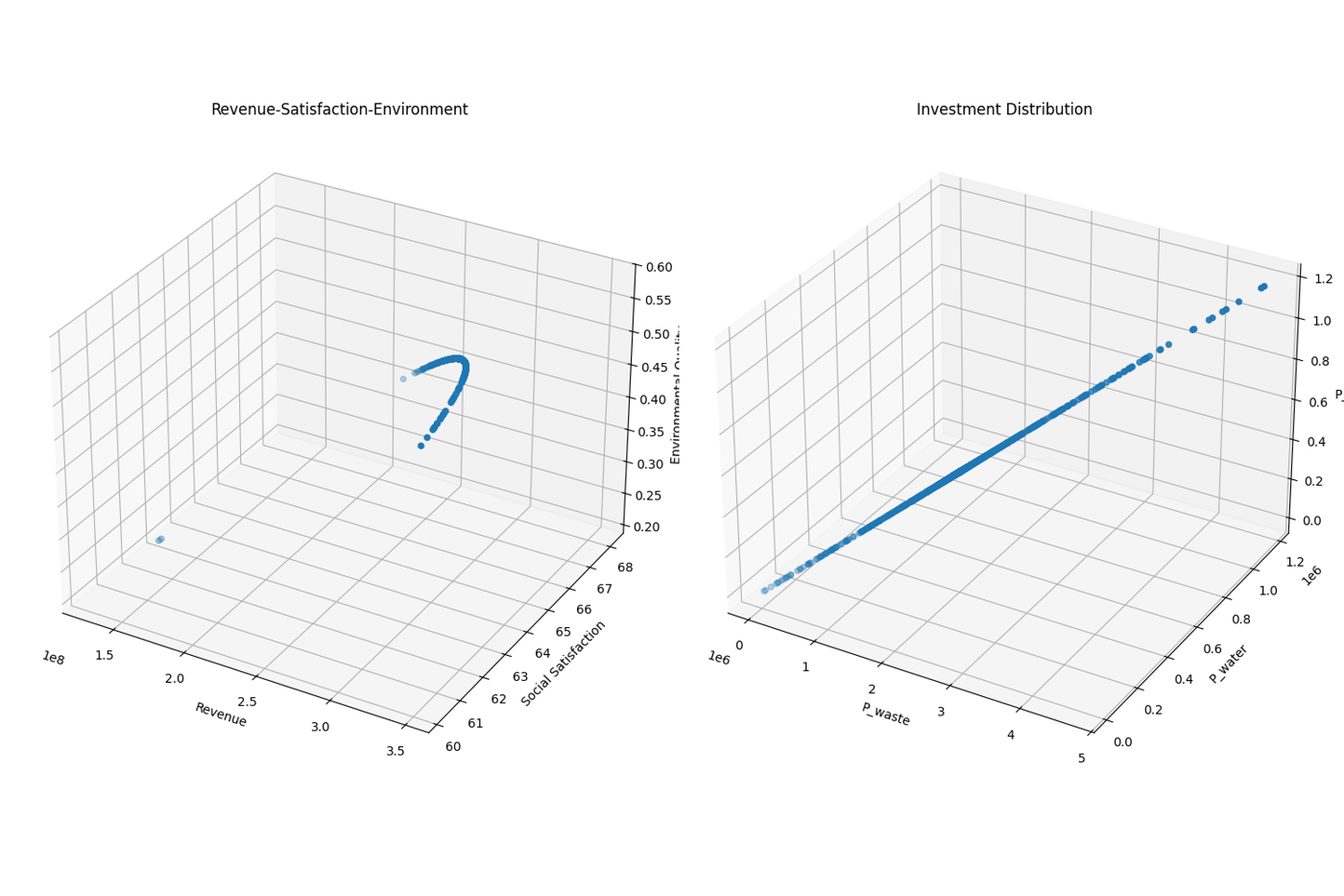
Repository: Kevinye0116/MCM
Script's output: python Coding/trial3.py
These files come from the project's save history. The script's output is drawn as it stood at one moment and after the next save; the edit follows.
The pictures are shown at 96% of full size.
Figures wider than 1,400 px are first shrunk to that width. Random numbers start from a fixed seed.

Above is the script's output before, as saved 2025-01-25 23:22:19.

### Coding/trial3.py
from typing import List, Tuple

import matplotlib.pyplot as plt
import numpy as np
from mpl_toolkits.mplot3d import Axes3D


class TourismOptimization:
    def __init__(self):
        # 模型系数
        self.k1 = 0.5  # 环保投资效率系数
        self.k2 = 0.3  # 碳排放影响系数
        self.k3 = 0.2  # 自然恢复系数
        self.k4 = 0.15  # 基础设施发展系数
        self.k5 = 0.20  # 废物处理投资系数
        self.k6 = 0.05  # 水资源投资系数
        self.k7 = 0.05  # 环保投资系数

        # 社会满意度参数
        self.a1 = -1.975284171471327e-11  # 游客数量对居民满意度的影响系数
        self.a2 = 4.772497706879391e-05  # 旅游税对游客满意度的影响系数
        self.a3 = 0.015  # 消费水平对游客满意度的影响系数
        self.b1 = 39.266042633247565  # 居民基础满意度
        self.b2 = 60  # 游客基础满意度

        # 约束条件上限
        self.Nt_max = 5000000  # 最大游客数量
        self.tau_max = 7  # 最大旅游税
        self.Pt = 190  # 固定游客消费为常数
        self.Pt_max = 190  # 更新最大游客消费为固定值
        self.CO2_max = 500000  # 最大碳排放量
        self.E = 0  # 最小环境质量指数

        # 其他参数
        self.CO2p = 0.184  # 人均碳排放量

        # 系统动态参数
        self.dt = 0.1  # 时间步长

        # 新增参数
        self.Cwater = 18900000  # 水资源容量
        self.Cwaste = 2549110  # 废物处理容量
        self.a4 = 0.01  # 游客数量对游客满意度的影响系数
        self.b3 = 10  # 废物处理基准增长率

    def calculate_revenue(self, x: np.ndarray) -> float:
        """计算总收入"""
        Nt, tau_t = x
        return self.Pt * Nt  # 使用固定的Pt值

    def calculate_social_satisfaction(self, x: np.ndarray) -> float:
        """计算社会满意度，确保满意度在0-100范围内"""
        Nt, tau_t = x

        # 居民满意度包含二次项
        S_residents = self.a1 * Nt * Nt + self.a2 * Nt + self.b1
        # 限制居民满意度在0-100范围内
        S_residents = np.clip(S_residents, 0, 100)

        # 游客满意度
        # S_tourists = self.a3 * self.Pt + self.a4 * Nt + self.b2
        # 限制游客满意度在0-100范围内
        # S_tourists = np.clip(S_tourists, 0, 100)

        # 加权平均
        return S_residents

    def calculate_environmental_quality(self, x: np.ndarray) -> float:
        """计算环境质量指数"""
        Nt, tau_t = x
        return (
            self.k1 * self.CO2p * Nt / self.CO2_max
            + self.k2 * Nt / self.Cwaste
            + self.k3 * Nt / self.Cwater
        )

    # def calculate_dCwaste_dt(self, x: np.ndarray) -> float:
    #     """计算废物处理容量的变化率 dCwaste/dt"""
    #     Nt, tau_t = x
    #     Pb = self.k5 * tau_t * Nt  # 基础设施投资
    #     return self.k4 * Pb + self.b3

    def calculate_investments(self, x: np.ndarray) -> Tuple[float, float, float]:
        """计算三种投资金额"""
        Nt, tau_t = x
        Re = self.calculate_revenue(x)  # 总收入
        P_waste = self.k5 * tau_t * Re / 100  # 废物处理投资
        P_water = self.k6 * tau_t * Re / 100  # 水资源投资
        P_e = self.k7 * tau_t * Re / 100  # 环保投资
        return P_waste, P_water, P_e

    def constraints(self, x: np.ndarray) -> List[float]:
        """检查所有约束条件"""
        Nt, tau_t = x
        constraints = [
            self.Nt_max - Nt,  # 游客数量上限约束
            self.tau_max - tau_t,  # 旅游税上限约束
            self.CO2_max - Nt * self.CO2p,  # 碳排放约束
            self.a1 * Nt * Nt + self.a2 * Nt + self.b1 - 60,  # 居民满意度最低要求
            Nt,  # 游客数量非负
            tau_t,  # 旅游税非负
            0.4 - (self.k5 + self.k6 + self.k7),  # 投资系数和的约束
        ]
        return constraints

    def is_feasible(self, x: np.ndarray) -> bool:
        """检查解是否满足所有约束条件"""
        return all(c >= 0 for c in self.constraints(x))

    def dominates(
        self,
        obj1: Tuple[float, float, float, float, float, float],
        obj2: Tuple[float, float, float, float, float, float],
    ) -> bool:
        """检查obj1是否支配obj2"""
        return (
            all(o1 >= o2 for o1, o2 in zip(obj1[:3], obj2[:3]))
            and all(o1 <= o2 for o1, o2 in zip(obj1[3:], obj2[3:]))
            and (
                any(o1 > o2 for o1, o2 in zip(obj1[:3], obj2[:3]))
                or any(o1 < o2 for o1, o2 in zip(obj1[3:], obj2[3:]))
            )
        )

    def crossover_and_mutate(
        self, parent1: np.ndarray, parent2: np.ndarray
    ) -> np.ndarray:
        """进行交叉和变异操作"""
        # 算术交叉
        alpha = np.random.random()
        child = alpha * parent1 + (1 - alpha) * parent2

        # 变异
        mutation_rate = 0.1
        if np.random.random() < mutation_rate:
            mutation_strength = 0.1
            child += np.random.normal(0, mutation_strength, size=2)

        # 确保在约束范围内
        child[0] = np.clip(child[0], 0, self.Nt_max)
        child[1] = np.clip(child[1], 0, self.tau_max)

        return child

    def pareto_optimization(
        self, population_size: int = 100, generations: int = 50
    ) -> List[np.ndarray]:
        """执行帕累托优化"""
        # 初始化种群
        population = []
        while len(population) < population_size:
            x = np.array(
                [
                    np.random.uniform(0, self.Nt_max),
                    np.random.uniform(0, self.tau_max),
                ]
            )
            if self.is_feasible(x):
                population.append(x)

        pareto_front = []
        for generation in range(generations):
            # 评估当前种群的目标函数值
            objectives = []
            for solution in population:
                if self.is_feasible(solution):
                    obj1 = self.calculate_revenue(solution)
                    obj2 = self.calculate_social_satisfaction(solution)
                    obj3 = self.calculate_environmental_quality(solution)
                    P_waste, P_water, P_e = self.calculate_investments(solution)
                    objectives.append((obj1, obj2, obj3, P_waste, P_water, P_e))
                else:
                    objectives.append(
                        (-np.inf, -np.inf, -np.inf, np.inf, np.inf, np.inf)
                    )

            # 更新帕累托前沿
            for i, solution in enumerate(population):
                if not self.is_feasible(solution):
                    continue
                dominated = False
                for j, other_solution in enumerate(population):
                    if (
                        i != j
                        and self.is_feasible(other_solution)
                        and self.dominates(objectives[j], objectives[i])
                    ):
                        dominated = True
                        break
                if not dominated:
                    pareto_front.append(solution)

            # 生成新种群
            new_population = []
            while len(new_population) < population_size:
                # 锦标赛选择
                tournament = np.random.choice(len(population), 2, replace=False)
                if objectives[tournament[0]][0] > objectives[tournament[1]][0]:
                    parent1 = population[tournament[0]]
                else:
                    parent1 = population[tournament[1]]

                tournament = np.random.choice(len(population), 2, replace=False)
                if objectives[tournament[0]][1] > objectives[tournament[1]][1]:
                    parent2 = population[tournament[0]]
                else:
                    parent2 = population[tournament[1]]

                # 交叉和变异
                child = self.crossover_and_mutate(parent1, parent2)
                if self.is_feasible(child):
                    new_population.append(child)

            population = new_population

        # 移除重复解
        pareto_front = np.unique(pareto_front, axis=0)
        return pareto_front

    def simulate_system(self, x: np.ndarray, time_steps: int = 10) -> List[dict]:
        """模拟系统动态变化"""
        history = []
        current_x = x.copy()
        current_Cwaste = self.Cwaste

        for t in range(time_steps):
            # 直接计算环境质量，而不是通过变化率
            current_E = self.calculate_environmental_quality(current_x)

            state = {
                "t": t * self.dt,
                "Nt": current_x[0],
                "tau_t": current_x[1],
                "Pt": self.Pt,
                "E": current_E,
                "Cwaste": current_Cwaste,
                "Revenue": self.calculate_revenue(current_x),
                "Satisfaction": self.calculate_social_satisfaction(current_x),
            }
            history.append(state)

            # 计算其他状态变量的变化率
            # dCwaste = self.calculate_dCwaste_dt(current_x) * self.dt

            # 更新状态变量
            # current_Cwaste += dCwaste

        return history

    def visualize_pareto_front(self, pareto_front: List[np.ndarray]):
        """可视化帕累托前沿"""
        if len(pareto_front) == 0:
            print("No feasible solutions found!")
            return

        objectives = np.array(
            [
                [
                    self.calculate_revenue(x),
                    self.calculate_social_satisfaction(x),
                    self.calculate_environmental_quality(x),
                    *self.calculate_investments(x),
                ]
                for x in pareto_front
            ]
        )

        # 创建多个子图来显示不同的目标组合
        fig = plt.figure(figsize=(15, 10))

        # 收入-满意度-环境质量
        ax1 = fig.add_subplot(121, projection="3d")
        scatter1 = ax1.scatter(objectives[:, 0], objectives[:, 1], objectives[:, 2])
        ax1.set_xlabel("Revenue")
        ax1.set_ylabel("Social Satisfaction")
        ax1.set_zlabel("Environmental Quality")
        ax1.set_title("Revenue-Satisfaction-Environment")

        # 三种投资的对比
        ax2 = fig.add_subplot(122, projection="3d")
        scatter2 = ax2.scatter(objectives[:, 3], objectives[:, 4], objectives[:, 5])
        ax2.set_xlabel("P_waste")
        ax2.set_ylabel("P_water")
        ax2.set_zlabel("P_e")
        ax2.set_title("Investment Distribution")

        plt.tight_layout()
        plt.show()

    def plot_simulation_results(self, history: List[dict]):
        """绘制模拟结果"""
        t = [state["t"] for state in history]
        Nt = [state["Nt"] for state in history]
        E = [state["E"] for state in history]
        Cwaste = [state["Cwaste"] for state in history]  # 新增废物处理容量数据
        Revenue = [state["Revenue"] for state in history]
        Satisfaction = [state["Satisfaction"] for state in history]

        fig, axes = plt.subplots(3, 2, figsize=(15, 15))  # 增加图表数量

        # 游客数量变化
        axes[0, 0].plot(t, Nt)
        axes[0, 0].set_title("Tourist Numbers")
        axes[0, 0].set_xlabel("Time")
        axes[0, 0].set_ylabel("Nt")

        # 环境质量变化
        axes[0, 1].plot(t, E)
        axes[0, 1].set_title("Environmental Quality")
        axes[0, 1].set_xlabel("Time")
        axes[0, 1].set_ylabel("E")

        # 废物处理容量变化
        axes[2, 0].plot(t, Cwaste)
        axes[2, 0].set_title("Waste Treatment Capacity")
        axes[2, 0].set_xlabel("Time")
        axes[2, 0].set_ylabel("Cwaste")

        # 收入和满意度变化
        ax2 = axes[1, 1].twinx()
        (l1,) = axes[1, 1].plot(t, Revenue, "b-", label="Revenue")
        (l2,) = ax2.plot(t, Satisfaction, "r-", label="Satisfaction")
        axes[1, 1].set_xlabel("Time")
        axes[1, 1].set_ylabel("Revenue", color="b")
        ax2.set_ylabel("Satisfaction", color="r")
        axes[1, 1].legend(handles=[l1, l2])

        plt.tight_layout()
        plt.show()


def main():
    # Set random seed for reproducibility
    np.random.seed(42)

    # Create optimizer instance
    optimizer = TourismOptimization()

    # Execute Pareto optimization
    print("Performing Pareto optimization...")
    pareto_front = optimizer.pareto_optimization(population_size=100, generations=50)

    # Visualize Pareto front
    print(f"Found {len(pareto_front)} Pareto optimal solutions")
    optimizer.visualize_pareto_front(pareto_front)

    # Print all Pareto optimal solutions
    print("\nAll Pareto optimal solutions:")
    for i, solution in enumerate(pareto_front, 1):
        P_waste, P_water, P_e = optimizer.calculate_investments(solution)
        print(f"\nSolution {i}:")
        print(f"Tourist Numbers: {solution[0]:.0f}")
        print(f"Tourism Tax: {solution[1]:.2f}")
        print(f"Tourist Consumption: {optimizer.Pt:.2f}")
        print(f"Expected Revenue: {optimizer.calculate_revenue(solution):.2f}")
        print(
            f"Social Satisfaction: {optimizer.calculate_social_satisfaction(solution):.2f}"
        )
        print(
            f"Environmental Quality: {optimizer.calculate_environmental_quality(solution):.2f}"
        )
        print(f"Waste Treatment Investment: {P_waste:.2f}")
        print(f"Water Resource Investment: {P_water:.2f}")
        print(f"Environmental Investment: {P_e:.2f}")

    # Select an example solution for system dynamics simulation
    # if len(pareto_front) > 0:
    #     # Choose the solution with highest revenue as example
    #     example_solution = max(
    #         pareto_front, key=lambda x: optimizer.calculate_revenue(x)
    #     )

    #     print("\nSelected example solution (highest revenue):")
    #     print(f"Tourist Numbers: {example_solution[0]:.0f}")
    #     print(f"Tourism Tax: {example_solution[1]:.2f}")
    #     print(f"Tourist Consumption: {example_solution[2]:.2f}")
    #     print(f"Expected Revenue: {optimizer.calculate_revenue(example_solution):.2f}")
    #     print(
    #         f"Social Satisfaction: {optimizer.calculate_social_satisfaction(example_solution):.2f}"
    #     )
    #     print(
    #         f"Environmental Quality: {optimizer.calculate_environmental_quality(example_solution):.2f}"
    #     )

    #     # Simulate system dynamics
    #     # print("\nSimulating system dynamics...")
    #     history = optimizer.simulate_system(example_solution, time_steps=50)

    #     # Visualize simulation results
    #     # optimizer.plot_simulation_results(history)
    # else:
    #     print("No feasible solutions found!")


if __name__ == "__main__":
    main()

After the next save:
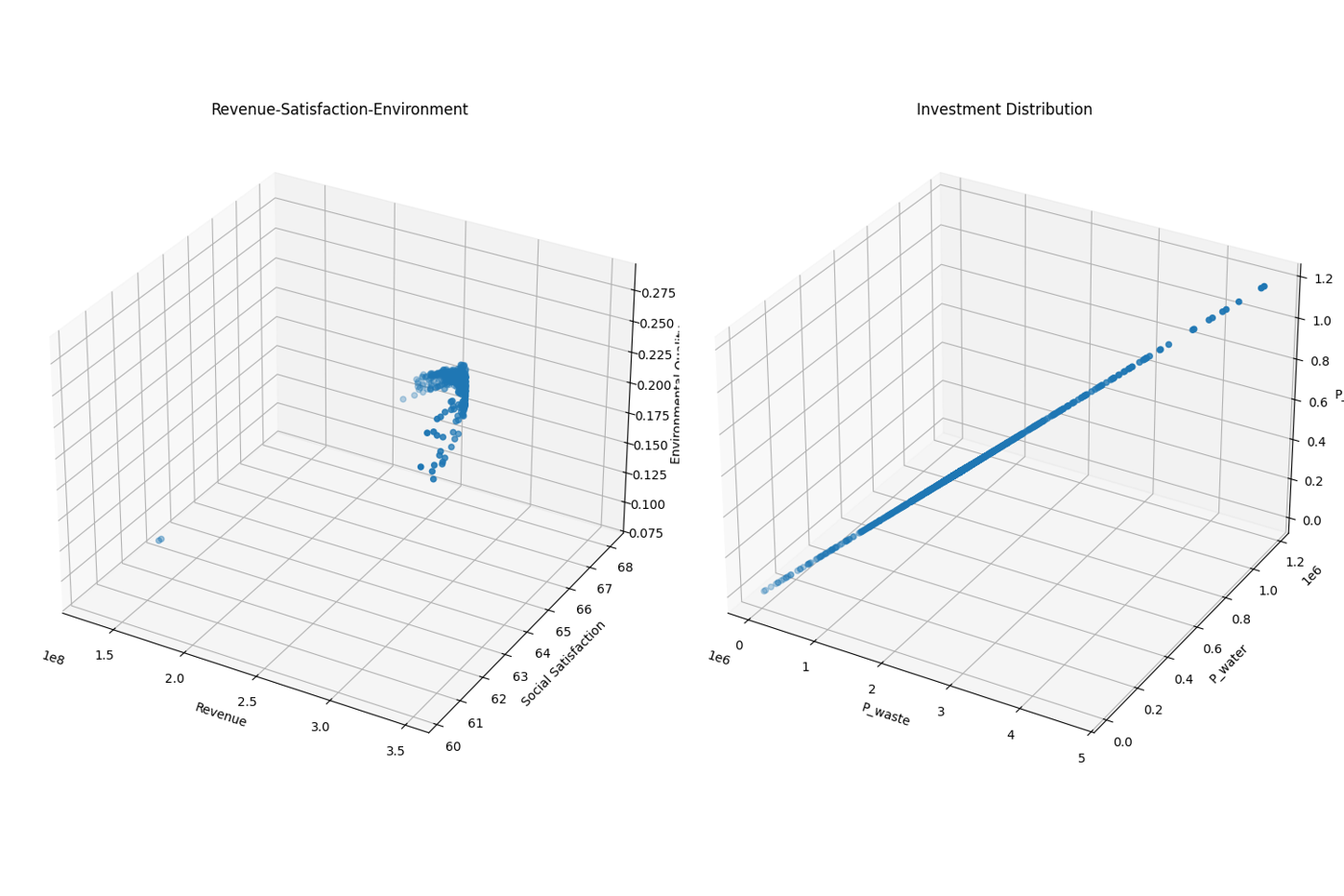
Saved 12 min 27 s later.
--- a/Coding/trial3.py
+++ b/Coding/trial3.py
@@ -43,6 +43,16 @@ class TourismOptimization:
         self.a4 = 0.01  # 游客数量对游客满意度的影响系数
         self.b3 = 10  # 废物处理基准增长率
 
+        # 新增影响系数
+        self.k8 = 0.1  # 环保投资对碳排放的影响系数
+        self.k9 = 0.1  # 废物处理投资对废物处理容量的影响系数
+        self.k10 = 0.1  # 水资源投资对水资源容量的影响系数
+
+        # 初始容量
+        self.CO2p_initial = 0.184  # 初始人均碳排放量
+        self.Cwaste_initial = 2549110  # 初始废物处理容量
+        self.Cwater_initial = 18900000  # 初始水资源容量
+
     def calculate_revenue(self, x: np.ndarray) -> float:
         """计算总收入"""
         Nt, tau_t = x
@@ -65,13 +75,33 @@ class TourismOptimization:
         # 加权平均
         return S_residents
 
+    def calculate_adjusted_capacities(
+        self, x: np.ndarray
+    ) -> Tuple[float, float, float]:
+        """计算投资后的调整容量"""
+        P_waste, P_water, P_e = self.calculate_investments(x)
+
+        # 计算调整后的容量
+        CO2p_adjusted = self.CO2p_initial - self.k8 * P_e
+        Cwaste_adjusted = self.Cwaste_initial - self.k9 * P_waste
+        Cwater_adjusted = self.Cwater_initial - self.k10 * P_water
+
+        # 确保容量不会变为负值
+        CO2p_adjusted = max(0, CO2p_adjusted)
+        Cwaste_adjusted = max(0, Cwaste_adjusted)
+        Cwater_adjusted = max(0, Cwater_adjusted)
+
+        return CO2p_adjusted, Cwaste_adjusted, Cwater_adjusted
+
     def calculate_environmental_quality(self, x: np.ndarray) -> float:
         """计算环境质量指数"""
         Nt, tau_t = x
+        CO2p_adj, Cwaste_adj, Cwater_adj = self.calculate_adjusted_capacities(x)
+
         return (
-            self.k1 * self.CO2p * Nt / self.CO2_max
-            + self.k2 * Nt / self.Cwaste
-            + self.k3 * Nt / self.Cwater
+            self.k1 * CO2p_adj * Nt / self.CO2_max
+            + self.k2 * Nt / Cwaste_adj
+            + self.k3 * Nt / Cwater_adj
         )
 
     # def calculate_dCwaste_dt(self, x: np.ndarray) -> float:
@@ -92,14 +122,18 @@ class TourismOptimization:
     def constraints(self, x: np.ndarray) -> List[float]:
         """检查所有约束条件"""
         Nt, tau_t = x
+        CO2p_adj, Cwaste_adj, Cwater_adj = self.calculate_adjusted_capacities(x)
+
         constraints = [
             self.Nt_max - Nt,  # 游客数量上限约束
             self.tau_max - tau_t,  # 旅游税上限约束
-            self.CO2_max - Nt * self.CO2p,  # 碳排放约束
+            self.CO2_max - Nt * CO2p_adj,  # 使用调整后的碳排放约束
             self.a1 * Nt * Nt + self.a2 * Nt + self.b1 - 60,  # 居民满意度最低要求
             Nt,  # 游客数量非负
             tau_t,  # 旅游税非负
             0.4 - (self.k5 + self.k6 + self.k7),  # 投资系数和的约束
+            Cwaste_adj,  # 确保废物处理容量为正
+            Cwater_adj,  # 确保水资源容量为正
         ]
         return constraints
 
@@ -221,10 +255,11 @@ class TourismOptimization:
         """模拟系统动态变化"""
         history = []
         current_x = x.copy()
-        current_Cwaste = self.Cwaste
 
         for t in range(time_steps):
-            # 直接计算环境质量，而不是通过变化率
+            CO2p_adj, Cwaste_adj, Cwater_adj = self.calculate_adjusted_capacities(
+                current_x
+            )
             current_E = self.calculate_environmental_quality(current_x)
 
             state = {
@@ -233,17 +268,13 @@ class TourismOptimization:
                 "tau_t": current_x[1],
                 "Pt": self.Pt,
                 "E": current_E,
-                "Cwaste": current_Cwaste,
+                "CO2p": CO2p_adj,
+                "Cwaste": Cwaste_adj,
+                "Cwater": Cwater_adj,
                 "Revenue": self.calculate_revenue(current_x),
                 "Satisfaction": self.calculate_social_satisfaction(current_x),
             }
             history.append(state)
-
-            # 计算其他状态变量的变化率
-            # dCwaste = self.calculate_dCwaste_dt(current_x) * self.dt
-
-            # 更新状态变量
-            # current_Cwaste += dCwaste
 
         return history
 
@@ -292,11 +323,13 @@ class TourismOptimization:
         t = [state["t"] for state in history]
         Nt = [state["Nt"] for state in history]
         E = [state["E"] for state in history]
-        Cwaste = [state["Cwaste"] for state in history]  # 新增废物处理容量数据
+        CO2p = [state["CO2p"] for state in history]
+        Cwaste = [state["Cwaste"] for state in history]
+        Cwater = [state["Cwater"] for state in history]
         Revenue = [state["Revenue"] for state in history]
         Satisfaction = [state["Satisfaction"] for state in history]
 
-        fig, axes = plt.subplots(3, 2, figsize=(15, 15))  # 增加图表数量
+        fig, axes = plt.subplots(3, 2, figsize=(15, 15))
 
         # 游客数量变化
         axes[0, 0].plot(t, Nt)
@@ -310,11 +343,14 @@ class TourismOptimization:
         axes[0, 1].set_xlabel("Time")
         axes[0, 1].set_ylabel("E")
 
-        # 废物处理容量变化
-        axes[2, 0].plot(t, Cwaste)
-        axes[2, 0].set_title("Waste Treatment Capacity")
-        axes[2, 0].set_xlabel("Time")
-        axes[2, 0].set_ylabel("Cwaste")
+        # 容量变化
+        axes[1, 0].plot(t, CO2p, label="CO2p")
+        axes[1, 0].plot(t, Cwaste, label="Cwaste")
+        axes[1, 0].plot(t, Cwater, label="Cwater")
+        axes[1, 0].set_title("Capacity Changes")
+        axes[1, 0].set_xlabel("Time")
+        axes[1, 0].set_ylabel("Capacity")
+        axes[1, 0].legend()
 
         # 收入和满意度变化
         ax2 = axes[1, 1].twinx()
